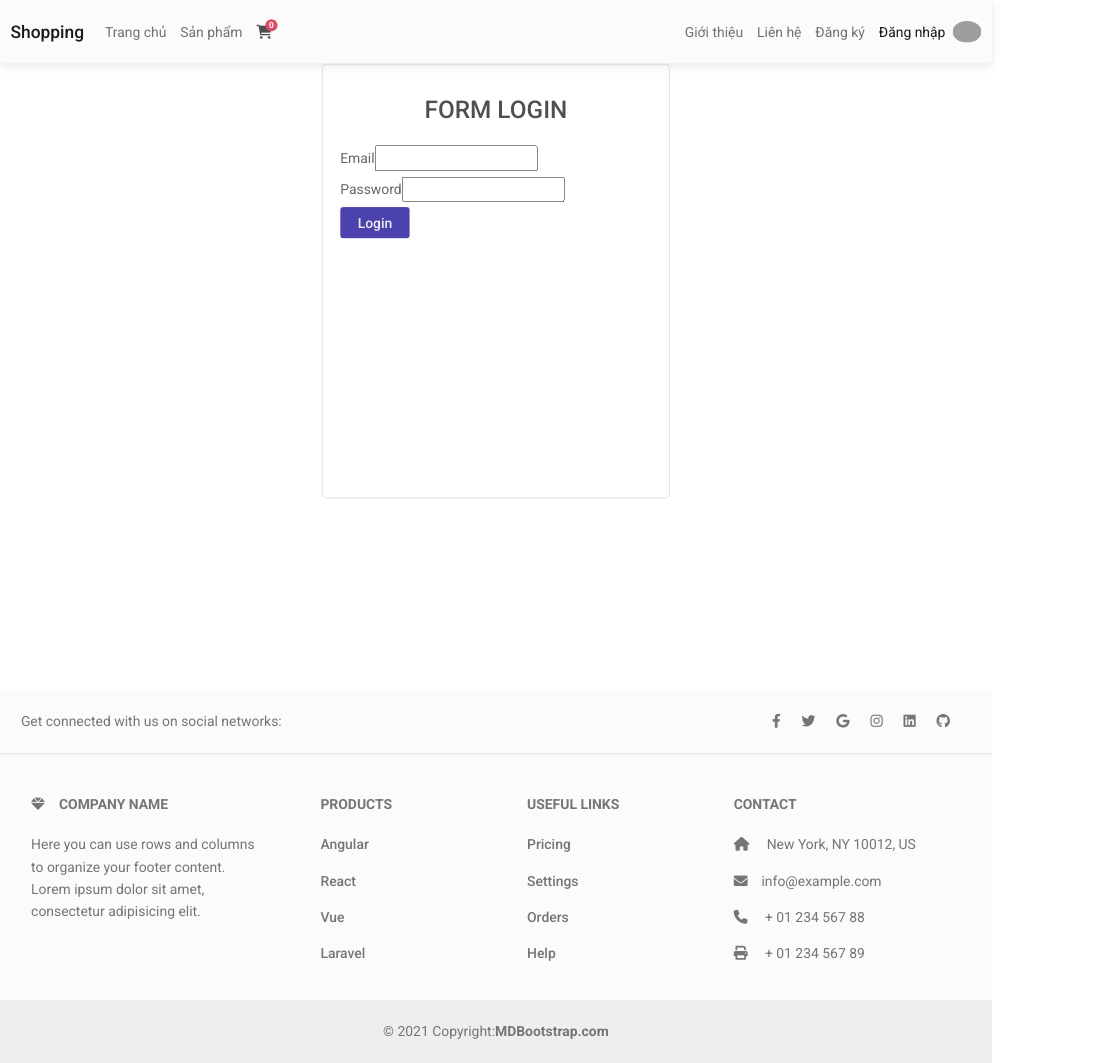
Repository: TinhTT336/MD02_Session10
Page: /login
These files come from the project's save history. The page is drawn as it stood at one moment and after the next save; the edit follows.
The browser window is 1280 px wide. The pictures show the whole page, at 87% of full size.
Pictures or frames that could not be fetched are drawn as grey boxes. Some web libraries are served in a nearby version. The project was rebuilt for these pictures with package versions that can differ from the ones it lists, and the page was loaded fresh each time. Also part of the build but not shown: vite.config.js, src/pages/Home.jsx, src/common/formatMoney.js, src/actions/cartActions.js, src/pages/ListProduct.jsx, src/pages/Cart.jsx, src/components/base/backtop/backtop.css, src/components/base/backtop/BackToTop.jsx and 11 more.

Above is the page before, as saved 2023-09-08 17:14:22.

### index.html
<!DOCTYPE html>
<html lang="en">
  <head>
    <meta charset="UTF-8" />
    <link rel="icon" type="image/svg+xml" href="/vite.svg" />
    <meta name="viewport" content="width=device-width, initial-scale=1.0" />
    <title>Vite + React</title>
    <!-- Font Awesome -->
    <link
      href="https://cdnjs.cloudflare.com/ajax/libs/font-awesome/6.0.0/css/all.min.css"
      rel="stylesheet"
    />
    <!-- Google Fonts -->
    <link
      href="https://fonts.googleapis.com/css?family=Roboto:300,400,500,700&display=swap"
      rel="stylesheet"
    />
    <!-- MDB -->
    <link
      href="https://cdnjs.cloudflare.com/ajax/libs/mdb-ui-kit/6.4.1/mdb.min.css"
      rel="stylesheet"
    />
  </head>
  <body>
    <div id="root"></div>
    <script type="module" src="/src/main.jsx"></script>
    <script
      type="text/javascript"
      src="https://cdnjs.cloudflare.com/ajax/libs/mdb-ui-kit/6.4.1/mdb.min.js"
    ></script>
  </body>
</html>

### src/main.jsx
import React from 'react'
import ReactDOM from 'react-dom/client'
import App from './App.jsx'
import './index.css'
import { BrowserRouter } from 'react-router-dom'
import { Provider } from 'react-redux'
import { createStore } from 'redux'
import { reducer } from './reducers/index.js'

const store = createStore(reducer)
ReactDOM.createRoot(document.getElementById('root')).render(
  <React.StrictMode>
    <BrowserRouter>
      <Provider store={store}>
        <App />
      </Provider>
    </BrowserRouter>
  </React.StrictMode>,
)

### src/App.jsx

import { Route, Routes, useLocation } from 'react-router-dom'
import './App.css'
import Home from './pages/Home'
import ListProduct from './pages/ListProduct'
import Cart from './pages/Cart'
import About from './pages/About'
import Contact from './pages/Contact'
import Register from './pages/Register'
import Login from './pages/Login'
import ProductDetail from './pages/ProductDetail'
import { useEffect } from 'react'
import PrivateRouter from './pages/private/PrivateRouter'
import HomeAdmin from './pages/private/HomeAdmin'
import ManagerProduct from './pages/private/ManagerProduct'
import ManagerUser from './pages/private/ManagerUser'

function App() {
  const location = useLocation();
  useEffect(() => {
    window.scrollTo({ top: 0, behavior: "smooth" });
  }, [location.pathname])
  return (
    <>
      <Routes>
        {/* Router ai cung co the truy cap */}
        <Route path='/' element={<Home />}></Route>
        <Route path='/list-product' element={<ListProduct />}></Route>
        <Route path='/product/:id' element={<ProductDetail />}></Route>
        <Route path='/cart' element={<Cart />}></Route>
        <Route path='/about' element={<About />}></Route>
        <Route path='/contact' element={<Contact />}></Route>
        <Route path='/register' element={<Register />}></Route>
        <Route path='/login' element={<Login />}></Route>
        <Route path='/product-detail' element={<ProductDetail />}></Route>

        {/* Router chi admin moi co the truy cap */}
        <Route path='/admin' element={<PrivateRouter />}>
          {/* path ="/" duong dan tuyet doi */}
          <Route index element={<HomeAdmin />}></Route>
          <Route path='manager-product' element={<ManagerProduct />}></Route>
          <Route path='manager-user' element={<ManagerUser />}></Route>
        </Route>
      </Routes>
    </>
  )
}

export default App

### src/reducers/index.js
import { combineReducers } from "redux";
import { listProduct } from "./listProduct";
import { listCart } from "./listCart";

export const reducer = combineReducers({ listProduct, listCart });

### src/App.css
* {
  margin: 0;
  padding: 0;
  box-sizing: border-box;
}
/* .active {
  background-color: #efefef;
} */
/* body {
  max-width: 90%;
  margin: 0 auto;
} */

.nav-item .nav-link {
  padding: 15px;
}

.fa-cart-shopping {
  position: relative;
}

.fa-cart-shopping + span {
  position: absolute;
  top: -10px;
  right: -10px;
  background-color: red;
  color: white;
  border-radius: 50%;
  padding: 5px 10px;
}

### src/pages/Login.jsx
import React from 'react'
import Navbar from '../layouts/Navbar'
import Footer from '../layouts/Footer'
import Button from "../components/base/button/Button";
import "./login.css";

export default function Login() {
    return (
        <div>
            <Navbar />
            <div style={{ minHeight: "100vh" }} className='d-flex justify-content-center align-item-center'>
                <form className='form-container'>
                    <h3 className='form-heading text-center p-3'>FORM LOGIN</h3>
                    <div className='form-group'>
                        <label className='form-label' htmlFor="email">Email</label>
                        <input className='form-input' type="text" id="email" />
                    </div>
                    <div className='form-group'>
                        <label className='form-label' htmlFor="password">Password</label>
                        <input className='form-input' type="password" id="password" />
                    </div>
                    <Button title='Login' type='primary' />
                </form>
            </div>
            <Footer />
        </div>
    )
}

### src/reducers/listProduct.js
import products from "../data/products.json";
export const listProduct = (state = products, action) => {
  return state;
};

### src/layouts/Navbar.jsx
import React from 'react'
import { useSelector } from 'react-redux'
import { Link, NavLink } from 'react-router-dom'

export default function Navbar() {
    const carts = useSelector(cart => cart.listCart);
    return (
        <div>
            <>
                {/* Navbar start */}
                {/* Navbar */}
                <nav className="navbar navbar-expand-lg navbar-light bg-light">
                    {/* Container wrapper */}
                    <div className="container-fluid">
                        {/* Toggle button */}
                        <button
                            className="navbar-toggler"
                            type="button"
                            data-mdb-toggle="collapse"
                            data-mdb-target="#navbarSupportedContent"
                            aria-controls="navbarSupportedContent"
                            aria-expanded="false"
                            aria-label="Toggle navigation"
                        >
                            <i className="fas fa-bars" />
                        </button>
                        {/* Collapsible wrapper */}
                        <div className="collapse navbar-collapse" id="navbarSupportedContent">
                            {/* Navbar brand */}
                            <a className="navbar-brand mt-2 mt-lg-0" >
                                {" "}
                                Shopping{" "}
                            </a>
                            {/* Left links */}
                            <ul className="navbar-nav me-auto mb-2 mb-lg-0">
                                <li className="nav-item">
                                    <NavLink to={"/"} className="nav-link" >
                                        Trang chủ
                                    </NavLink>
                                </li>
                                <li className="nav-item">
                                    <NavLink to={"/list-product"} className="nav-link" >
                                        Sản phẩm
                                    </NavLink>
                                </li>
                                <li className="nav-item">
                                    {/* Icon */}
                                    <Link to={"/cart"} className="text-reset me-3 nav-link" >
                                        <i className="fas fa-shopping-cart" />
                                        <span className="badge rounded-pill badge-notification bg-danger">
                                            {carts.length}
                                        </span>
                                    </Link>
                                </li>
                            </ul>
                            {/* Left links */}
                        </div>
                        {/* Collapsible wrapper */}
                        {/* Right elements */}
                        <div className="d-flex align-items-center">
                            <ul className="navbar-nav me-auto mb-2 mb-lg-0">
                                <li className="nav-item">
                                    <NavLink to={"/about"} className="nav-link" >
                                        Giới thiệu
                                    </NavLink>
                                </li>
                                <li className="nav-item">
                                    <NavLink to={"/contact"} className="nav-link" >
                                        Liên hệ
                                    </NavLink>
                                </li>
                                <li className="nav-item">
                                    <NavLink to={"/register"} className="nav-link" >
                                        Đăng ký
                                    </NavLink>
                                </li>
                                <li className="nav-item">
                                    <NavLink to={"/login"} className="nav-link" >
                                        Đăng nhập
                                    </NavLink>
                                </li>
                            </ul>
                            {/* Avatar */}
                            <div className="dropdown">
                                <a
                                    className="dropdown-toggle d-flex align-items-center hidden-arrow"

                                    id="navbarDropdownMenuAvatar"
                                    role="button"
                                    data-mdb-toggle="dropdown"
                                    aria-expanded="false"
                                >
                                    <img
                                        src="https://mdbcdn.b-cdn.net/img/new/avatars/2.webp"
                                        className="rounded-circle"
                                        height={25}
                                        alt="Black and White Portrait of a Man"
                                        loading="lazy"
                                    />
                                </a>
                                <ul
                                    className="dropdown-menu dropdown-menu-end"
                                    aria-labelledby="navbarDropdownMenuAvatar"
                                >
                                    <li>
                                        <a className="dropdown-item" >
                                            My profile
                                        </a>
                                    </li>
                                    <li>
                                        <a className="dropdown-item" >
                                            Settings
                                        </a>
                                    </li>
                                    <li>
                                        <a className="dropdown-item" >
                                            Logout
                                        </a>
                                    </li>
                                </ul>
                            </div>
                        </div>
                        {/* Right elements */}
                    </div>
                    {/* Container wrapper */}
                </nav>
                {/* Navbar end */}
            </>

        </div>
    )
}

### src/layouts/Footer.jsx
import React from 'react'

export default function Footer() {
    return (
        <>
            <>
                {/* Footer start */}
                {/* Footer */}
                <footer className="text-center text-lg-start bg-light text-muted">
                    {/* Section: Social media */}
                    <section className="d-flex justify-content-center justify-content-lg-between p-4 border-bottom">
                        {/* Left */}
                        <div className="me-5 d-none d-lg-block">
                            <span>Get connected with us on social networks:</span>
                        </div>
                        {/* Left */}
                        {/* Right */}
                        <div>
                            <a href="" className="me-4 text-reset">
                                <i className="fab fa-facebook-f" />
                            </a>
                            <a href="" className="me-4 text-reset">
                                <i className="fab fa-twitter" />
                            </a>
                            <a href="" className="me-4 text-reset">
                                <i className="fab fa-google" />
                            </a>
                            <a href="" className="me-4 text-reset">
                                <i className="fab fa-instagram" />
                            </a>
                            <a href="" className="me-4 text-reset">
                                <i className="fab fa-linkedin" />
                            </a>
                            <a href="" className="me-4 text-reset">
                                <i className="fab fa-github" />
                            </a>
                        </div>
                        {/* Right */}
                    </section>
                    {/* Section: Social media */}
                    {/* Section: Links  */}
                    <section className="">
                        <div className="container text-center text-md-start mt-5">
                            {/* Grid row */}
                            <div className="row mt-3">
                                {/* Grid column */}
                                <div className="col-md-3 col-lg-4 col-xl-3 mx-auto mb-4">
                                    {/* Content */}
                                    <h6 className="text-uppercase fw-bold mb-4">
                                        <i className="fas fa-gem me-3" />
                                        Company name
                                    </h6>
                                    <p>
                                        Here you can use rows and columns to organize your footer content.
                                        Lorem ipsum dolor sit amet, consectetur adipisicing elit.
                                    </p>
                                </div>
                                {/* Grid column */}
                                {/* Grid column */}
                                <div className="col-md-2 col-lg-2 col-xl-2 mx-auto mb-4">
                                    {/* Links */}
                                    <h6 className="text-uppercase fw-bold mb-4">Products</h6>
                                    <p>
                                        <a href="#!" className="text-reset">
                                            Angular
                                        </a>
                                    </p>
                                    <p>
                                        <a href="#!" className="text-reset">
                                            React
                                        </a>
                                    </p>
                                    <p>
                                        <a href="#!" className="text-reset">
                                            Vue
                                        </a>
                                    </p>
                                    <p>
                                        <a href="#!" className="text-reset">
                                            Laravel
                                        </a>
                                    </p>
                                </div>
                                {/* Grid column */}
                                {/* Grid column */}
                                <div className="col-md-3 col-lg-2 col-xl-2 mx-auto mb-4">
                                    {/* Links */}
                                    <h6 className="text-uppercase fw-bold mb-4">Useful links</h6>
                                    <p>
                                        <a href="#!" className="text-reset">
                                            Pricing
                                        </a>
                                    </p>
                                    <p>
                                        <a href="#!" className="text-reset">
                                            Settings
                                        </a>
                                    </p>
                                    <p>
                                        <a href="#!" className="text-reset">
                                            Orders
                                        </a>
                                    </p>
                                    <p>
                                        <a href="#!" className="text-reset">
                                            Help
                                        </a>
                                    </p>
                                </div>
                                {/* Grid column */}
                                {/* Grid column */}
                                <div className="col-md-4 col-lg-3 col-xl-3 mx-auto mb-md-0 mb-4">
                                    {/* Links */}
                                    <h6 className="text-uppercase fw-bold mb-4">Contact</h6>
                                    <p>
                                        <i className="fas fa-home me-3" /> New York, NY 10012, US
                                    </p>
                                    <p>
                                        <i className="fas fa-envelope me-3" />
                                        info@example.com
                                    </p>
                                    <p>
                                        <i className="fas fa-phone me-3" /> + 01 234 567 88
                                    </p>
                                    <p>
                                        <i className="fas fa-print me-3" /> + 01 234 567 89
                                    </p>
                                </div>
                                {/* Grid column */}
                            </div>
                            {/* Grid row */}
                        </div>
                    </section>
                    {/* Section: Links  */}
                    {/* Copyright */}
                    <div
                        className="text-center p-4"
                        style={{ backgroundColor: "rgba(0, 0, 0, 0.05)" }}
                    >
                        © 2021 Copyright:
                        <a className="text-reset fw-bold" href="https://mdbootstrap.com/">
                            MDBootstrap.com
                        </a>
                    </div>
                    {/* Copyright */}
                </footer>
                {/* Footer */}
                {/* Footer end */}
            </>

        </ >
    )
}

### src/components/base/button/Button.jsx
import React from 'react';
import "./button.css";

export default function Button({ title, size, type }) {
    const styleObj = {
        width: size + "px",
    }
    return (
        <>
            <button style={styleObj} className={`t-button t-button-${type}`}>
                {title}
            </button>
        </>
    )
}

### src/pages/login.css
.form-container {
  border: 1px solid #dadada;
  padding: 20px;
  width: 400px;
  height: 500px;
  border-radius: 6px;
}

### src/contrains/actionTypes.js
export const ACT_ADD_CART = "add";
export const ACT_DECREASE = "decrease";
export const ACT_INCREASE = "increase";
export const ACT_DELETE = "delete";

### src/components/base/button/button.css
.t-button {
  height: 36px;
  border: 1px solid transparent;
  border-radius: 4px;
  padding: 0 16px;
  min-width: 80px;
  /* line-height: 36px; */
  cursor: pointer;
  background-color: #efefef;
}

.t-button-primary {
  background-color: rgba(51, 41, 162, 0.882);
  color: #eee;
}
.t-button-primary:hover {
  background-color: rgba(0, 0, 0, 0.9);
  color: #fff;
}
.t-button-primary:focus {
  background-color: rgba(0, 0, 0, 0.9);
  color: #fff;
}
.t-button-danger {
  background-color: #ff4d4f !important;
}
.t-button-danger:hover {
  background-color: #f5292c !important;
  color: #fff;
}
.t-button-danger:focus {
  background-color: #ef0d11 !important;
  color: #fff;
}

### src/layouts/admin/sidebar/sidebar.css
/* .sidebar-admin {
  width: 230px;
  min-height: 100vh;
  color: #afafaf;
  padding: 5px;
}

.router-item {
  padding: 10px;
  border-bottom: 1px solid rgba(255, 255, 255, 0.1);
  cursor: pointer;
  transition: all.3s ease;
  color: #dfdcdc !important;
  font-size: 14px;
  font-weight: 600;
  display: flex;
  align-items: center;
  position: relative;
  z-index: 1;
  padding: 10px 20px 10px 20px;
  background-color: rgba(255, 255, 255, 0.1);
  border-radius: 5px;
  transition: all.3s ease;
  box-shadow: 0 1px 3px rgba(0, 0, 0, 0.12), 0 1px 2px rgba(0, 0, 0, 0.24);
}

.router-item:hover {
  background-color: rgba(255, 255, 255, 0.2);
  box-shadow: 0 14px 26px -12px rgba(0, 0, 0, 0.42),
    0 4px 23px 0px rgba(0, 0, 0, 0.12), 0 8px 10px -5px rgba(0, 0, 0, 0.2);
  color: #fff !important;
}

.router-item:hover.router-item-icon {
  color: #fff;
}

.router-item-icon {
  font-size: 20px;
  margin-right: 10px;
}

.router-item-title {
  font-size: 14px;
  font-weight: 600;
} */

.m-menu {
  width: 230px;
  background-color: #393a3d;
  color: #fff;
  overflow-y: auto;
}

.m-menu a {
  color: #efe3e3;
  text-decoration: none;
  cursor: pointer;
}

.m-logo-container {
  height: 56px;
  width: 230px;
  display: flex;
  align-items: center;
  /* justify-content: center; */
}

.m-logo-icon {
  height: 56px;
  width: 100%;
  border-right: 1px solid #dadada;
}

.m-menu-item {
  height: calc(100vh - 62px);
  overflow: auto;
}

.m-item-router {
  height: 50px;
  display: flex;
  align-items: center;
  padding-right: 14px;
  padding-left: 8px;
  border-left: 6px solid transparent;
  position: relative;
}

.m-item-router.active::before,
.m-item-router:hover::before {
  content: "";
  color: #fff;
  background: rgb(212, 215, 220);
  opacity: 0.2;
  width: calc(100% + 6px);
  height: 50px;
  left: -6px;
  top: 0px;
  position: absolute;
}

@media screen and (max-width: 600px) {
  .m-item-router .m-item-title {
    display: none;
  }

  .m-menu {
    width: 48px;
  }

  .m-logo-icon {
    height: 70px;
  }
  .collapse {
    left: 8px;
  }
  .collapse .m-item-title {
    display: none;
  }

  .m-navbar {
    height: 48px !important;
  }
}

.m-icon-15-fs {
  margin-right: 8px;
}

Loaded but not shown: src/index.css (common file); src/data/products.json (44 lines, source omitted); src/reducers/listCart.js (96 lines, source omitted)

After the next save:
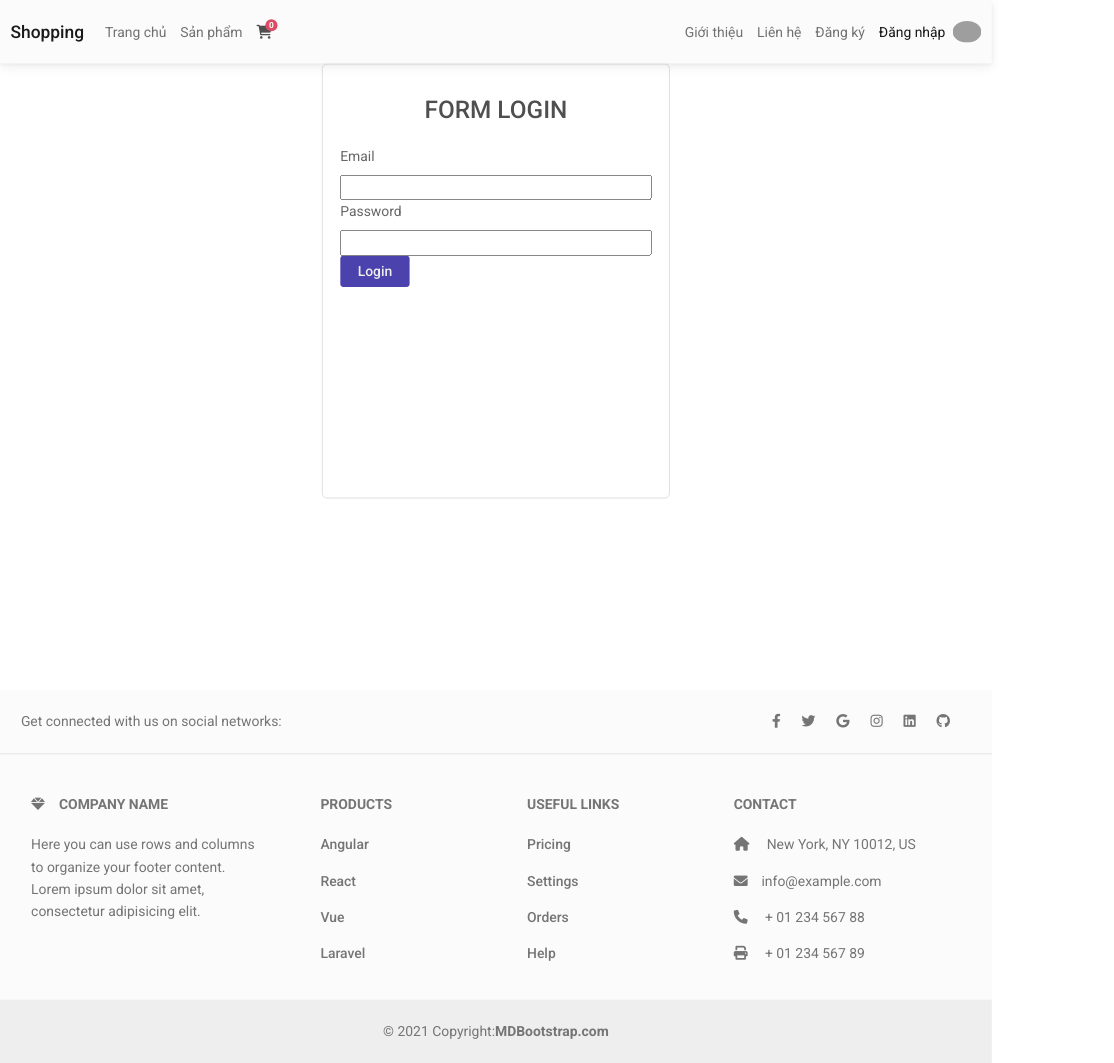
Saved 54 s later.
--- a/src/pages/login.css
+++ b/src/pages/login.css
@@ -5,3 +5,7 @@
   height: 500px;
   border-radius: 6px;
 }
+.form-group {
+  display: flex;
+  flex-direction: column;
+}
